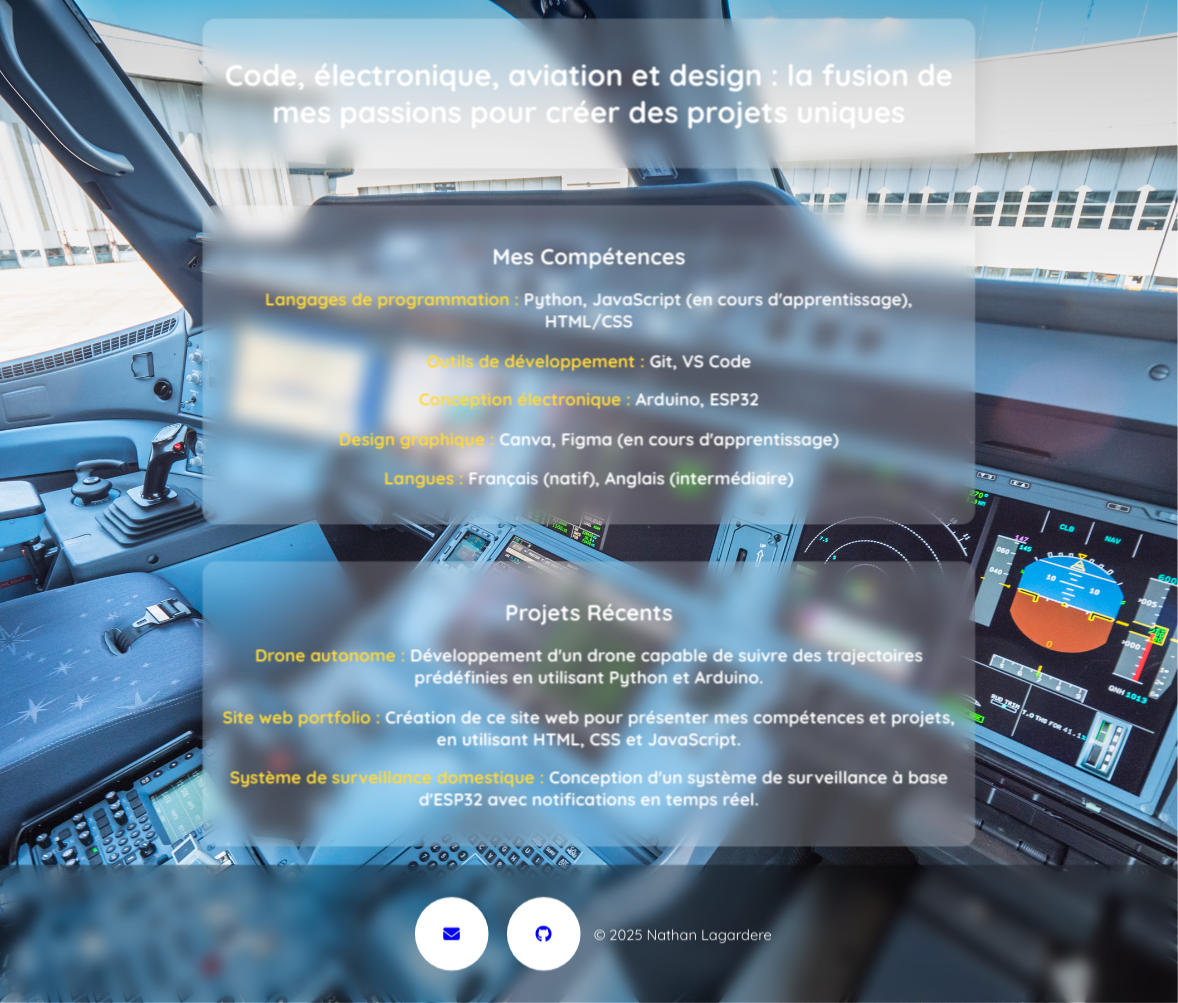
Repository: nlagardere/myportfolio
Page: index - Copie.html
The author's editor kept a copy of each file at every save. The page is drawn from the files as they stood at one save, then again after a run of saves.
The browser window is 1280 px wide. The pictures show the whole page, at 92% of full size.

Above is the page before, as saved 2025-09-06 10:23:31.

### index - Copie.html
<!DOCTYPE html>
<html lang="fr">
<head>
  <meta charset="UTF-8">
  <meta name="viewport" content="width=device-width, initial-scale=1.0">
  <title>Portfolio</title>

  <!-- Google Fonts -->
  <link href="https://fonts.googleapis.com/css2?family=Exo+2:wght@400;700&family=Quicksand:wght@400;700&display=swap" rel="stylesheet">
  <!-- Font Awesome -->
  <link rel="stylesheet" href="https://cdnjs.cloudflare.com/ajax/libs/font-awesome/6.5.0/css/all.min.css">

  <style>
    /* ========== BODY & LAYOUT ========== */
    body {
      font-family: 'Quicksand', sans-serif;
      margin: 0;
      padding: 0;
      min-height: 100vh;
      display: flex;
      flex-direction: column;
      background: url('a350.jpg') no-repeat center center;
      background-size: cover;
      color: #fff;
    }

    header {
      text-align: center;
      padding: 30px 20px;
      background: rgba(0,0,0,0.3);
      backdrop-filter: blur(8px);
    }

    /* ========== GLASS CARD ========== */
    .glasscard, .competences {
      background: rgba(255, 255, 255, 0.2);
      border-radius: 15px;
      padding: 20px;
      margin: 20px auto;
      max-width: 800px;
      backdrop-filter: blur(10px);
      box-shadow: 0 4px 30px rgba(0,0,0,0.1);
      text-align: center;
      animation: zoomPop 1s ease forwards;
      color: white;
    }

    .highlight {
      color: #FFD93D;
      font-weight: bold;
    }

    @keyframes zoomPop {
      0% { opacity: 0; transform: scale(0.1) translateZ(-800px); }
      60% { opacity: 1; transform: scale(1.2) translateZ(50px); }
      80% { transform: scale(0.95) translateZ(0); }
      100% { opacity: 1; transform: scale(1) translateZ(0); }
    }

    /* ========== ACRONYM ========== */
    .acronym-container {
      display: flex;
      justify-content: center;
      gap: 10px;
      flex-wrap: wrap;
      perspective: 1000px;
    }

    .letter-block {
      flex: none;
      text-align: center;
      opacity: 0;
      transform: scale(0.1) translateZ(-800px);
      animation: zoomPop 0.8s cubic-bezier(0.25, 1.5, 0.5, 1) forwards;
    }

    .letter-block:nth-child(1) { animation-delay: 0s; }
    .letter-block:nth-child(2) { animation-delay: 0.1s; }
    .letter-block:nth-child(3) { animation-delay: 0.2s; }
    .letter-block:nth-child(4) { animation-delay: 0.3s; }
    .letter-block:nth-child(5) { animation-delay: 0.4s; }
    .letter-block:nth-child(6) { animation-delay: 0.5s; }

    .letter-block .letter {
      font-size: 4em;
      font-weight: bold;
      font-family: 'Exo 2', sans-serif;
      background: linear-gradient(45deg, #FF6B6B, #FFD93D);
      -webkit-background-clip: text;
      -webkit-text-fill-color: transparent;
      transition: filter 0.2s;
    }

    .letter-block .letter:hover {
      filter: brightness(1.2);
    }

    .letter-block .desc {
      font-size: 1.2em;
      margin-top: 5px;
    }

    /* ========== SOCIAL ICONS ========== */
    .wrapper {
      display: inline-flex;
      justify-content: center;
      list-style: none;
      padding: 20px 0;
      margin: 0 auto;
    }

    .wrapper .icon {
      position: relative;
      background: #ffffff;
      border-radius: 50%;
      padding: 15px;
      margin: 0 10px;
      width: 50px;
      height: 50px;
      font-size: 18px;
      display: flex;
      justify-content: center;
      align-items: center;
      cursor: pointer;
      transition: all 0.2s cubic-bezier(0.68, -0.55, 0.265, 1.55);
    }

    .wrapper .tooltip {
      position: absolute;
      bottom: 100%;
      left: 50%;
      transform: translateX(-50%) translateY(-10px);
      font-size: 14px;
      background: #333;
      color: #fff;
      padding: 5px 8px;
      border-radius: 5px;
      opacity: 0;
      pointer-events: none;
      white-space: nowrap;
      transition: all 0.3s cubic-bezier(0.68, -0.55, 0.265, 1.55);
      z-index: 10;
    }

    .wrapper .tooltip::before {
      content: "";
      position: absolute;
      top: 100%;
      left: 50%;
      transform: translateX(-50%) rotate(45deg);
      width: 8px;
      height: 8px;
      background: #333;
    }

    .wrapper .icon:hover .tooltip {
      opacity: 1;
      pointer-events: auto;
      transform: translateX(-50%) translateY(-15px);
    }

    .wrapper .mail:hover,
    .wrapper .mail:hover .tooltip,
    .wrapper .mail:hover .tooltip::before {
      background: #00CED1;
      color: #fff;
    }

    .wrapper .github:hover,
    .wrapper .github:hover .tooltip,
    .wrapper .github:hover .tooltip::before {
      background: #333333;
      color: #fff;
    }

    /* ========== FOOTER ========== */
    .footer{
      text-align: center;
      padding: 15px 20px;
      background: rgba(0,0,0,0.3);
      backdrop-filter: blur(8px);
      color: white;
      margin-top: auto; /* ça force le footer en bas */

    }

    /* ========== RESPONSIVE ========== */
    @media (max-width: 600px) {
      .letter-block .letter {
        font-size: 2.5em;
      }
    }

  </style>
</head>
<body>


  <div class="glasscard">
    <h1>Code, électronique, aviation et design : la fusion de mes passions pour créer des projets uniques</h1>
  </div>

  <div class="competences">
    <h2>Mes Compétences</h2>
    <h3><span class="highlight">Langages de programmation :</span> Python, JavaScript (en cours d'apprentissage), HTML/CSS</h3>
    <h3><span class="highlight">Outils de développement :</span> Git, VS Code</h3>
    <h3><span class="highlight">Conception électronique :</span> Arduino, ESP32</h3>
    <h3><span class="highlight">Design graphique :</span> Canva, Figma (en cours d'apprentissage)</h3>
    <h3><span class="highlight">Langues :</span> Français (natif), Anglais (intermédiaire)</h3>
  </div>

  <div calss="projects">
    <div class="glasscard">
      <h2>Projets Récents</h2>
      <h3><span class="highlight">Drone autonome :</span> Développement d'un drone capable de suivre des trajectoires prédéfinies en utilisant Python et Arduino.</h3>
      <h3><span class="highlight">Site web portfolio :</span> Création de ce site web pour présenter mes compétences et projets, en utilisant HTML, CSS et JavaScript.</h3>
      <h3><span class="highlight">Système de surveillance domestique :</span> Conception d'un système de surveillance à base d'ESP32 avec notifications en temps réel.</h3>
    </div>
  </div>




  <div class="footer">
    <ul class="wrapper">
      <li class="icon mail">
        <a href="mailto:nathan.lagardere@gmail.com" target="_blank">
          <span class="tooltip">Mail</span>
          <i class="fas fa-envelope"></i>
        </a>
      </li>
      <li class="icon github">
        <a href="https://github.com/nlagardere" target="_blank">
          <span class="tooltip">Github</span>
          <i class="fab fa-github"></i>
        </a>
      </li>
    </ul>
    © 2025 Nathan Lagardere
  </div>
</body>
</html>

After the next 5 saves:
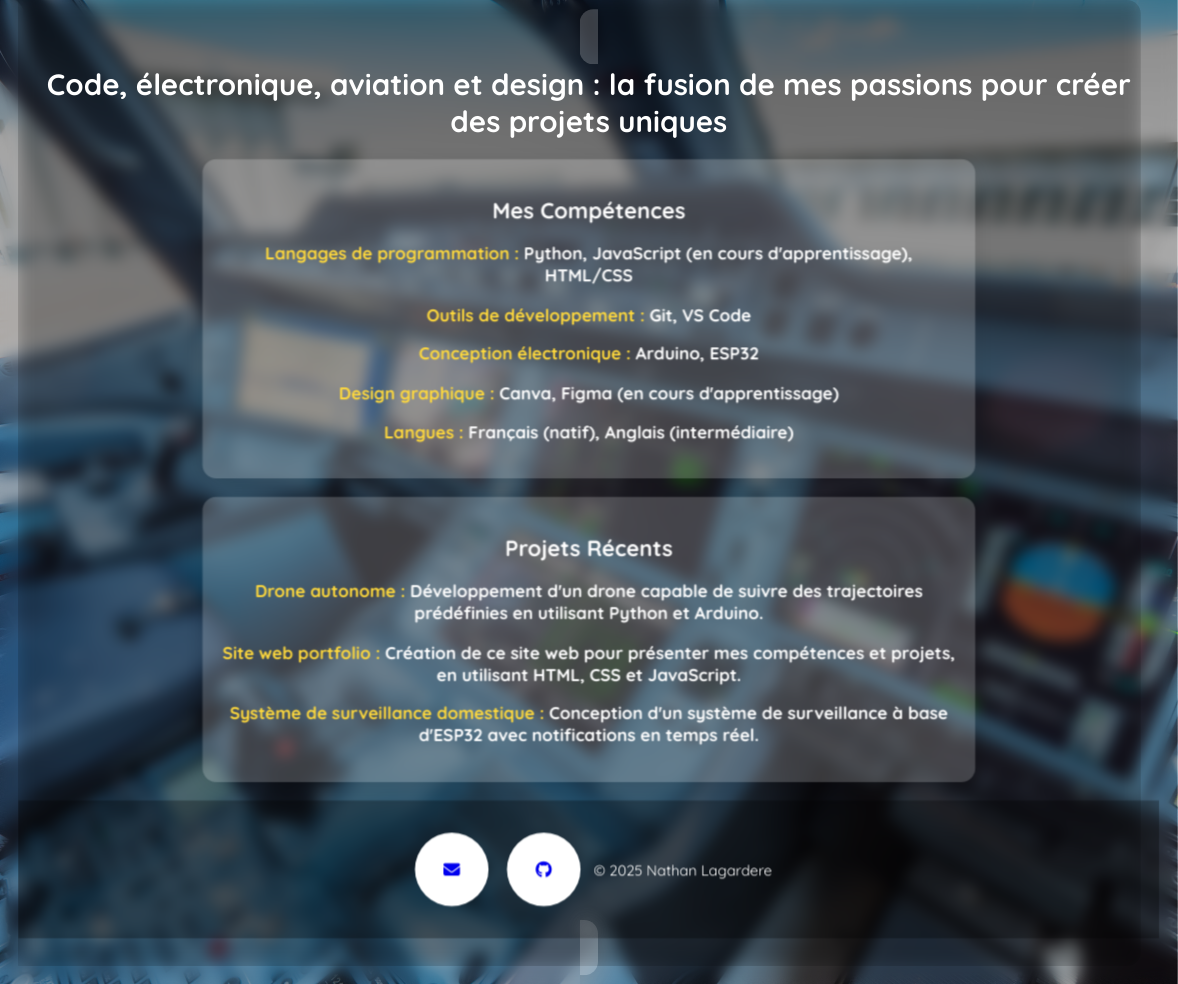
The 5 saves are shown as one change because they came seconds apart.
The last was saved 13 s later.
--- a/index - Copie.html
+++ b/index - Copie.html
@@ -194,7 +194,8 @@
   </style>
 </head>
 <body>
-
+  <header>
+    <na
 
   <div class="glasscard">
     <h1>Code, électronique, aviation et design : la fusion de mes passions pour créer des projets uniques</h1>
